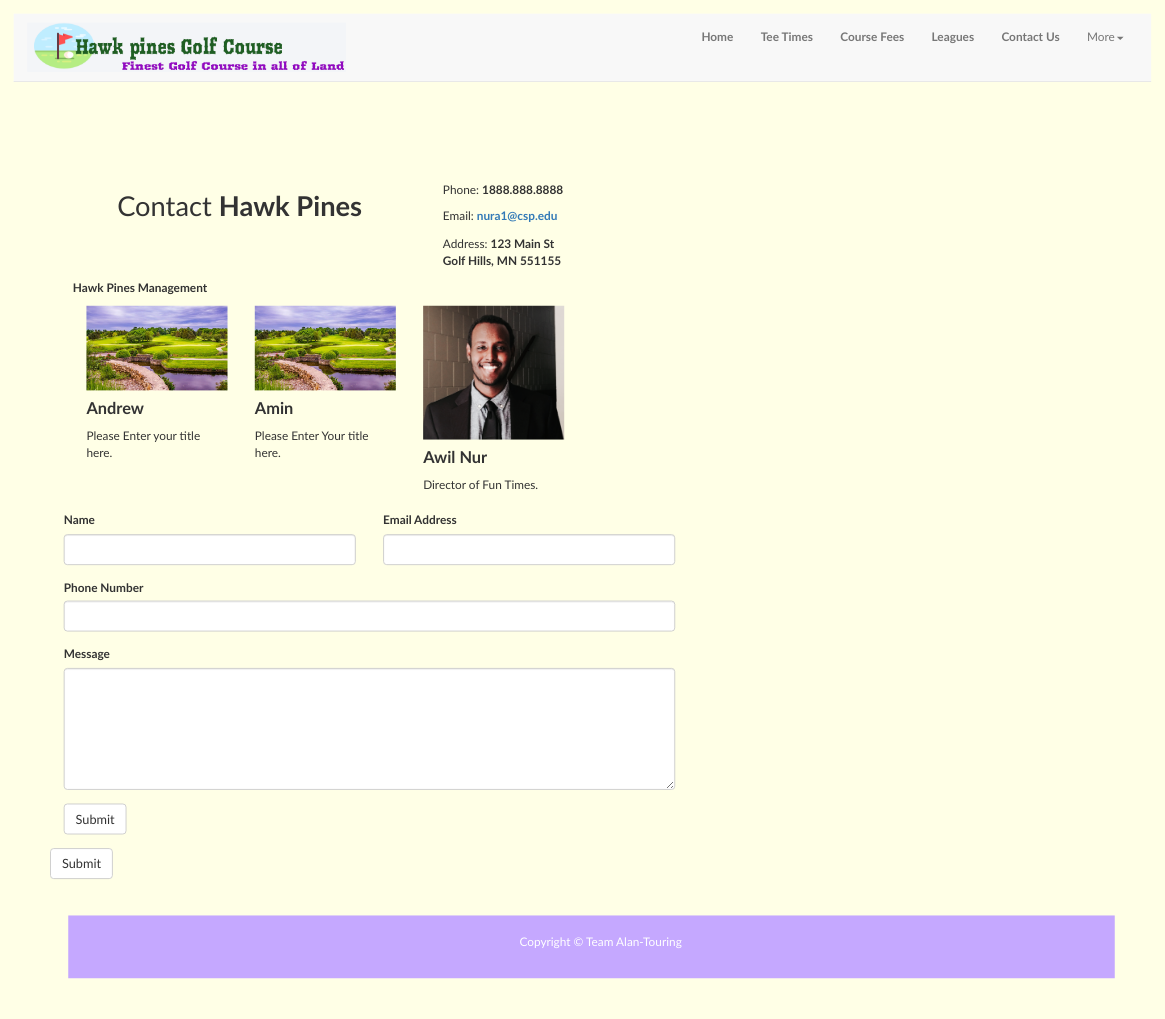
Repository: alia20/Golfcourse
Page: contact.html
The author's editor kept a record of every edit. The page is drawn from the files as they stood at one moment, then again after the next edit.
The browser window is 1280 px wide. The pictures show the whole page, at 91% of full size.

Above is the page before.

After the next edit:
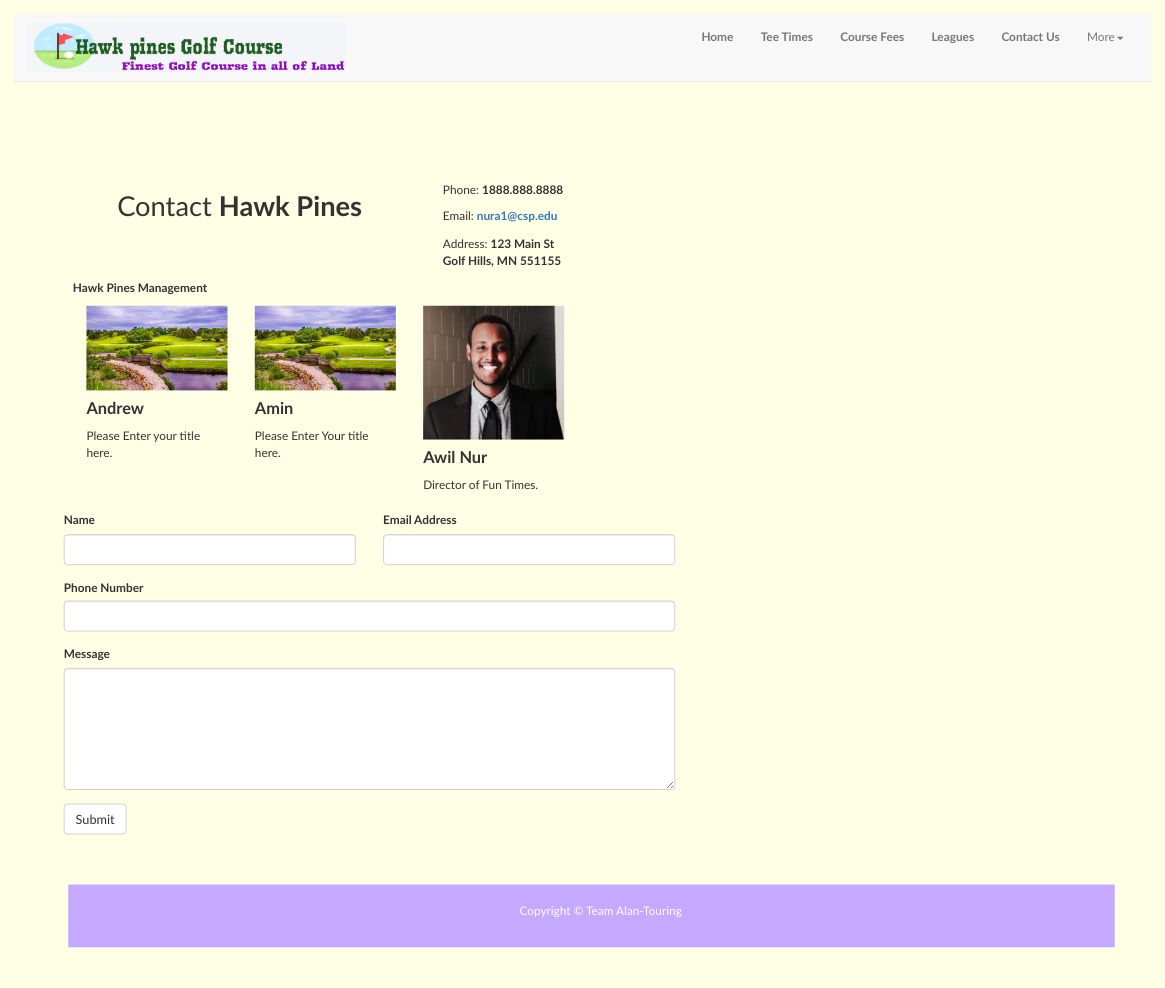
The edit:
--- a/contact.html
+++ b/contact.html
@@ -147,16 +147,15 @@
                                 <textarea class="form-control" rows="6"></textarea>
                             </div>
                             <div class="form-group col-lg-12">
-                                <input type="hidden" name="save" value="contact">
-                                <button type="submit" class="btn btn-default">Submit</button>
-                            </div>
-                            <button onclick="myFunction()" class="btn btn-default">Submit</button>
+                               <button onclick="myFunction()" class="btn btn-default">Submit</button>
 
 <script>
 function myFunction() {
     alert("Thank You For Contacting Us, We will be in touch with you shortly.");
 }
 </script>
+                            </div>
+
 							</div>
 							</div>
 
